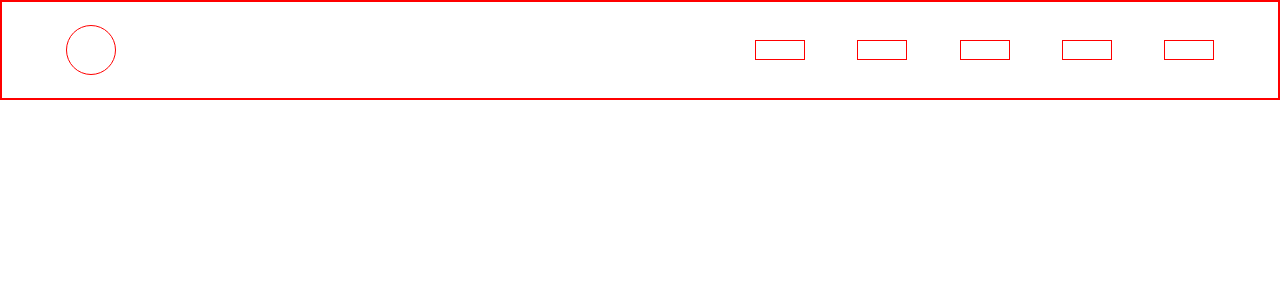
Repository: archangel88/elbrus_homework
Page: phase-0/week-3/day-4/flexbox/index.html
The author's editor kept a copy of each file at every save. The page is drawn from the files as they stood at one save, then again after the next save.
The browser window is 1280 px wide. The pictures show the whole page.

Above is the page before, as saved 2025-10-09 21:14:52.

After the next save:
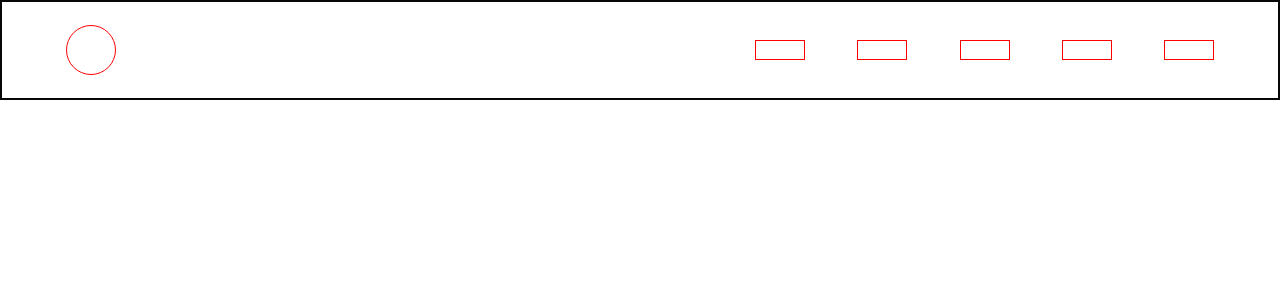
Saved 13 min 54 s later.
--- a/phase-0/week-3/day-4/flexbox/css/styles.css
+++ b/phase-0/week-3/day-4/flexbox/css/styles.css
@@ -16,7 +16,7 @@
 header {
     width: 100%;
     height: 100px;
-    border: 2px solid red;
+    border: 2px solid rgb(7, 7, 7);
 
     display: flex;
     justify-content: center;

After the save that followed:
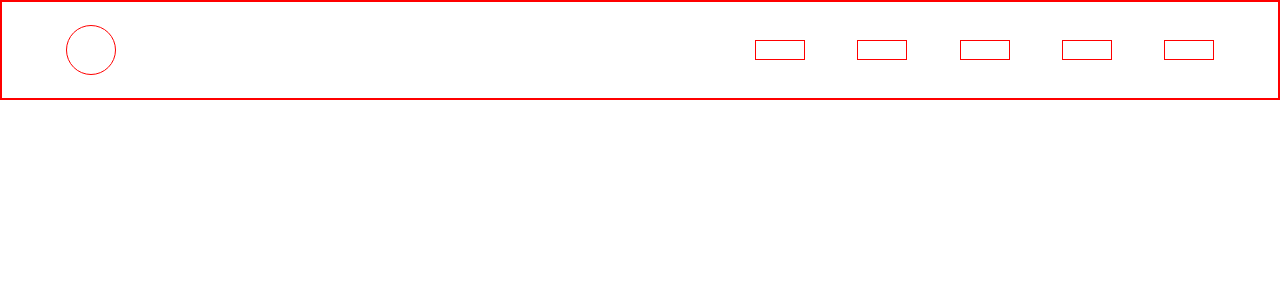
Saved 33 s later.
--- a/phase-0/week-3/day-4/flexbox/css/styles.css
+++ b/phase-0/week-3/day-4/flexbox/css/styles.css
@@ -16,7 +16,7 @@
 header {
     width: 100%;
     height: 100px;
-    border: 2px solid rgb(7, 7, 7);
+    border: 2px solid rgb(255, 0, 0);
 
     display: flex;
     justify-content: center;
